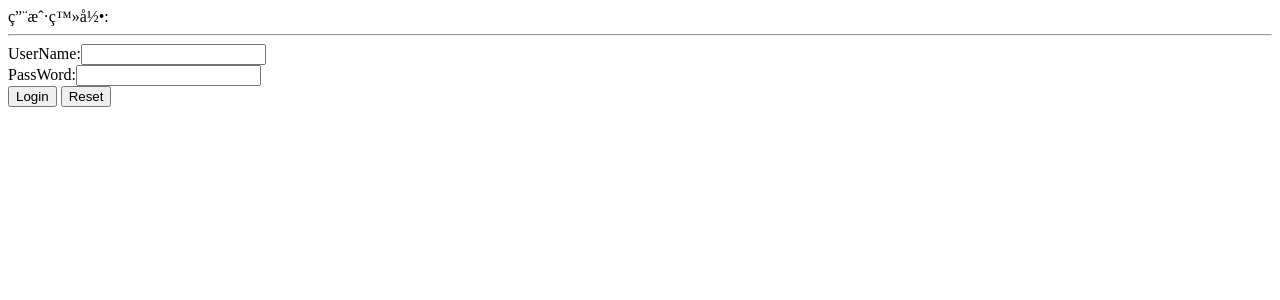
Repository: Fengjiya/Laptop
Page: http://localhost/HelloWorld_structs2/login.jsp
The author's editor kept a copy of each file at every save. The page is drawn from the files as they stood at one save, then again after the next save.
The browser window is 1280 px wide. The pictures show the whole page.
The page is served by Tomcat 9. Nobody is signed in. The application's start-up code is not run.

Above is the page before, as saved 2014-09-24 15:44:50.

After the next save:
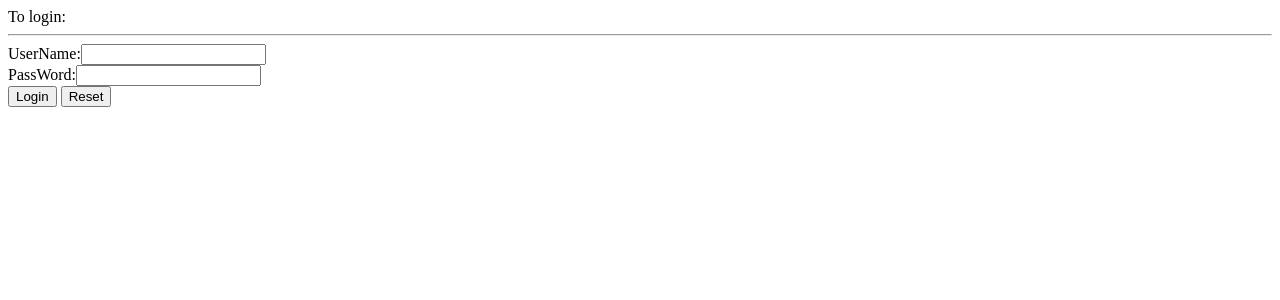
Saved 2 min 0 s later.
--- a/HelloWorld_structs2/WebContent/login.jsp
+++ b/HelloWorld_structs2/WebContent/login.jsp
@@ -13,7 +13,7 @@ String basePath = request.getScheme() + "://" + request.getServerName()
 <title>HelloWorld Login Page!</title>
 </head>
 <body>
-用户登录:<hr/>
+To login:<hr/>
 <form action = "" method="post" >
 UserName:<input type="text" name="username"><br/>
 PassWord:<input type="password" name="password"><br/>
